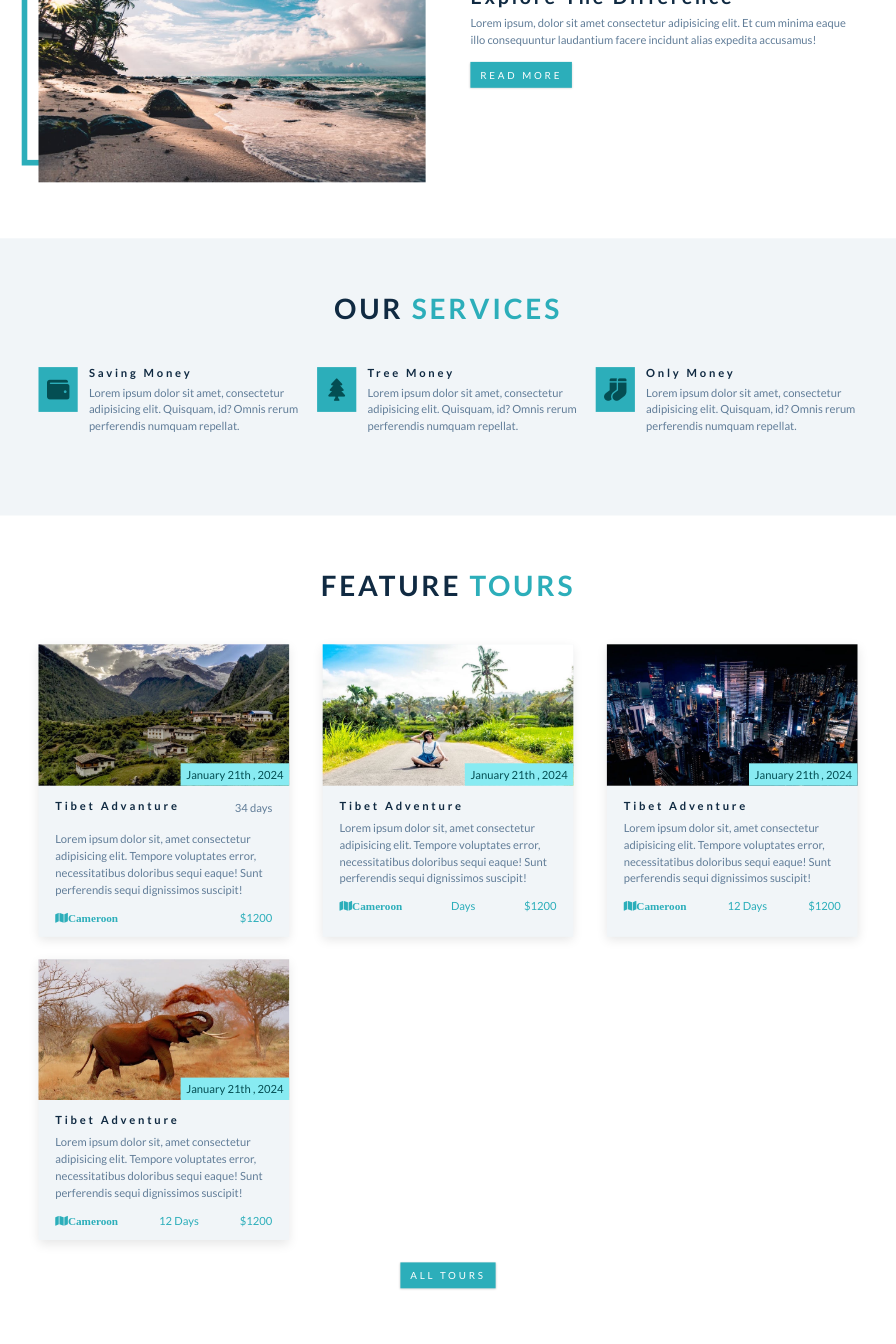
Repository: Ndifoinhilary/flexbox-project
Page: index.html
An editor plug-in stored every save of this project. The page is shown before and after the next save, followed by the edit.
The browser window is 1280 px wide. The pictures show the part of the page from y = 1059 to 2979 px (the page is 2979 px tall before and 2967 px after), at 70% of full size.

Above is the page before, as saved 2024-01-21 20:27:55.

After the next save:
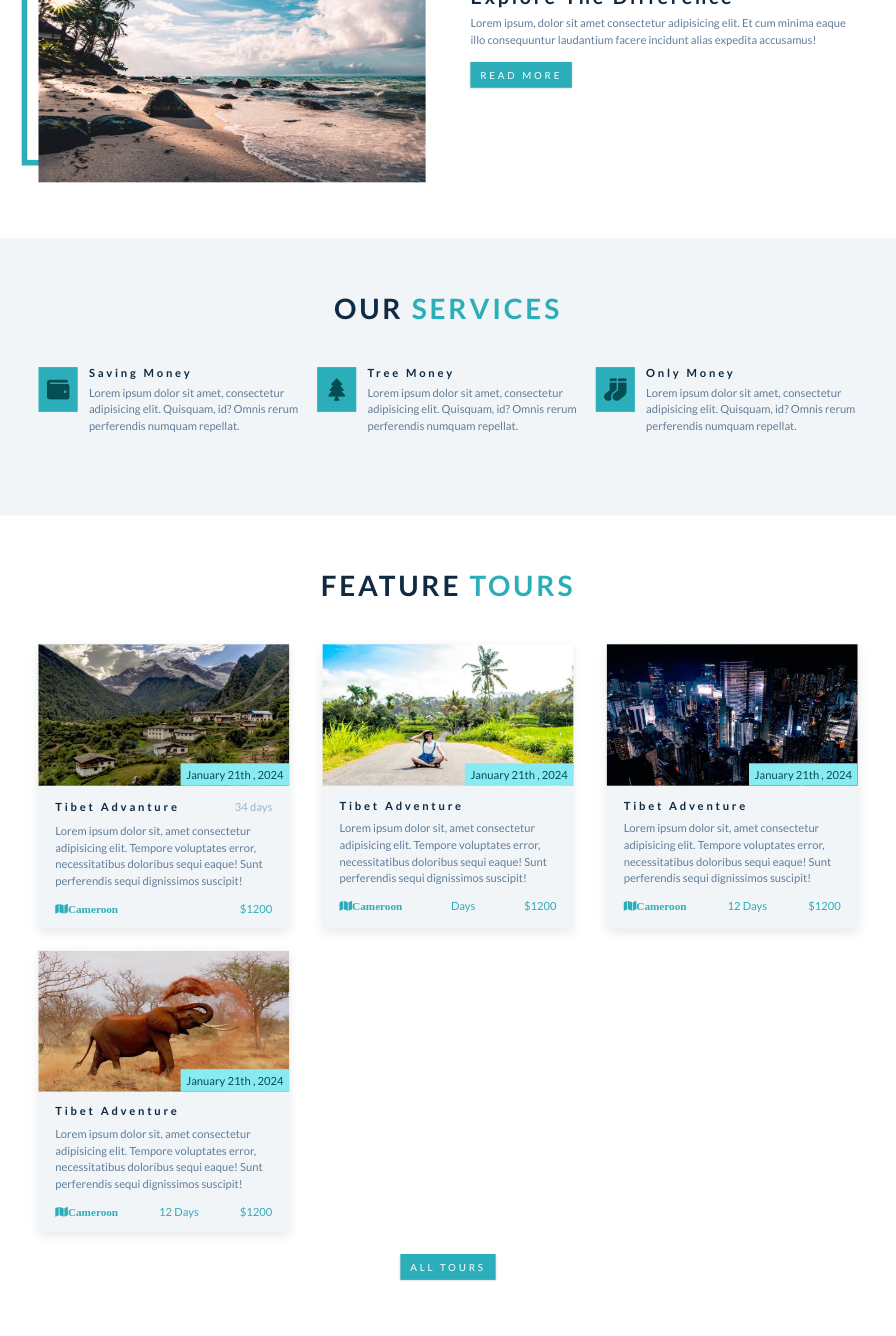
Saved 8 min 53 s later.
--- a/css/main.css
+++ b/css/main.css
@@ -401,6 +401,14 @@ Featured Tours
   justify-content: space-between;
   flex-wrap: wrap;
 }
+.tour-title p , .tour-title h4{
+  margin-bottom: 0.75rem;
+  line-height: 1.25rem;
+
+}
+.tour-title p {
+  color: var(--clr-grey-7);
+}
 /*
 ===============
 Deals
